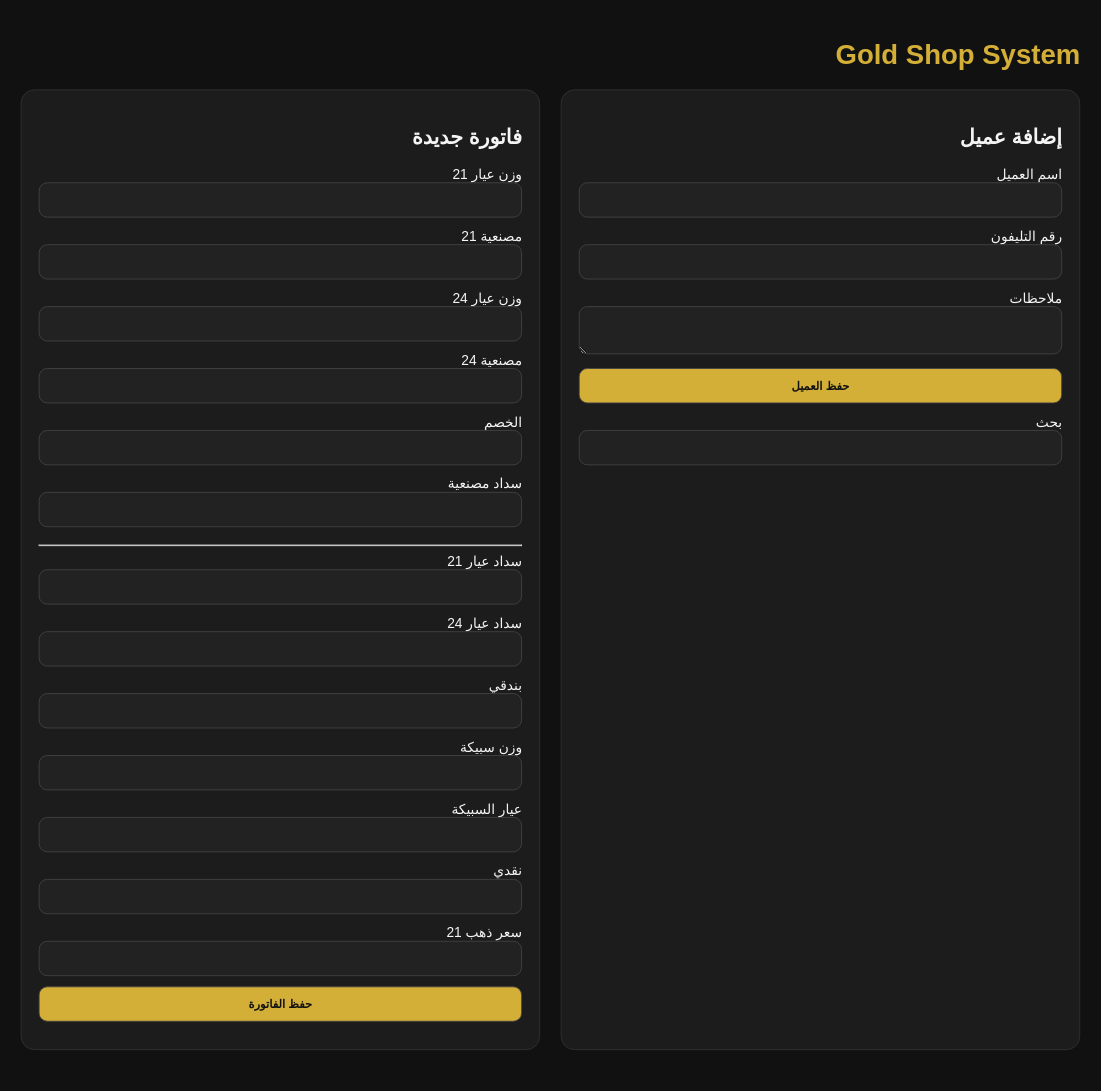
Repository: erineehab27/gold-shop
Page: /
These files come from the project's save history. The page is drawn as it stood at one moment and after a run of saves; the edit follows.
The browser window is 1280 px wide. The pictures show the whole page, at 86% of full size.
The project was rebuilt for these pictures with package versions that can differ from the ones it lists, and the page was loaded fresh each time. Also part of the build but not shown: vite.config.js.

Above is the page before, as saved 2026-05-09 23:33:36.

### index.html
<!doctype html>
<html lang="en">
  <head>
    <meta charset="UTF-8" />
    <link rel="icon" type="image/svg+xml" href="/favicon.svg" />
    <meta name="viewport" content="width=device-width, initial-scale=1.0" />
    <title>gold-shop-system</title>
  </head>
  <body>
    <div id="root"></div>
    <script type="module" src="/src/main.jsx"></script>
  </body>
</html>

### src/main.jsx
import React from "react";
import ReactDOM from "react-dom/client";
import App from "./App.jsx";

ReactDOM.createRoot(document.getElementById("root")).render(
  <React.StrictMode>
    <App />
  </React.StrictMode>
);

### src/App.jsx


// import { useEffect, useState } from "react";
// import "./App.css";

// export default function App() {
//   const [customers, setCustomers] = useState([]);
//   const [selectedCustomer, setSelectedCustomer] = useState(null);
//   const [search, setSearch] = useState("");

//   const [customerForm, setCustomerForm] = useState({
//     name: "",
//     phone: "",
//     notes: "",
//   });

//   const [invoiceForm, setInvoiceForm] = useState({
//     type: "sale",

//     weight21: "",
//     workmanship21: "",

//     weight24: "",
//     workmanship24: "",

//     discount: "",

//     pay21: "",
//     pay24: "",
//     payCash: "",
//     goldPrice21: "",
//     payNugget: "",
//     payBarWeight: "",
//     payBarKarat: "",

//     payWorkmanship: "", // 🔥 سداد المصنعية
//   });

//   const [invoices, setInvoices] = useState([]);

//   useEffect(() => {
//     const savedCustomers = JSON.parse(localStorage.getItem("customers")) || [];
//     const savedInvoices = JSON.parse(localStorage.getItem("invoices")) || [];

//     setCustomers(savedCustomers);
//     setInvoices(savedInvoices);
//   }, []);

//   // 🔥 تقريب لرقمين عشري
//   const fix = (num) => Number(num.toFixed(2));

//   const to21_from24 = (w) => fix(w * (999.9 / 875));
//   const nuggetTo21 = (w) => fix(w * (991 / 875));
//   const barTo21 = (w, k) => fix((w * k) / 875);
//   const cashTo21 = (cash, price) => fix(price ? cash / price : 0);

//   const addCustomer = (e) => {
//     e.preventDefault();

//     if (!customerForm.name) return alert("اكتب اسم العميل");

//     const newCustomer = { id: Date.now(), ...customerForm };

//     const updated = [...customers, newCustomer];
//     setCustomers(updated);
//     localStorage.setItem("customers", JSON.stringify(updated));

//     setCustomerForm({ name: "", phone: "", notes: "" });

//     alert("تم حفظ العميل ✅");
//   };

//   const addInvoice = (e) => {
//     e.preventDefault();

//     if (!selectedCustomer) return alert("اختار عميل");

//     const w21 = Number(invoiceForm.weight21 || 0);
//     const w24 = Number(invoiceForm.weight24 || 0);

//     const eq21_from24 = to21_from24(w24);
//     const totalWeight21 = fix(w21 + eq21_from24);

//     // المصنعيات
//     const workmanshipTotal = fix(
//       Number(invoiceForm.workmanship21 || 0) +
//         Number(invoiceForm.workmanship24 || 0) -
//         Number(invoiceForm.discount || 0)
//     );

//     const payWorkmanship = Number(invoiceForm.payWorkmanship || 0);
//     const remainingWorkmanship = fix(workmanshipTotal - payWorkmanship);

//     // السداد
//     const pay21 = Number(invoiceForm.pay21 || 0);
//     const pay24 = to21_from24(Number(invoiceForm.pay24 || 0));
//     const payNuggetVal = nuggetTo21(Number(invoiceForm.payNugget || 0));
//     const payBarVal = barTo21(
//       Number(invoiceForm.payBarWeight || 0),
//       Number(invoiceForm.payBarKarat || 0)
//     );
//     const payCashVal = cashTo21(
//       Number(invoiceForm.payCash || 0),
//       Number(invoiceForm.goldPrice21 || 0)
//     );

//     const totalPaid21 = fix(
//       pay21 + pay24 + payNuggetVal + payBarVal + payCashVal
//     );

//     const remainingGold = fix(totalWeight21 - totalPaid21);

//     const newInvoice = {
//       id: Date.now(),
//       customer_id: selectedCustomer.id,
//       totalWeight21,
//       workmanshipTotal,
//       totalPaid21,
//       remainingGold,
//       remainingWorkmanship, // 🔥 المتبقي مصنعية
//       date: new Date().toLocaleString(),
//     };

//     const updated = [...invoices, newInvoice];
//     setInvoices(updated);
//     localStorage.setItem("invoices", JSON.stringify(updated));

//     alert("تم حفظ الفاتورة ✅");
//   };

//   const customerInvoices = invoices.filter(
//     (inv) => inv.customer_id === selectedCustomer?.id
//   );

//   const handleSearch = (value) => {
//     setSearch(value);
//     const all = JSON.parse(localStorage.getItem("customers")) || [];

//     if (!value) return setCustomers(all);

//     const filtered = all.filter(
//       (c) =>
//         c.name.includes(value) ||
//         c.phone.includes(value) ||
//         String(c.id).includes(value)
//     );

//     setCustomers(filtered);
//   };

//   return (
//     <div className="app">
//       <h1>Gold Shop System</h1>

//       <div className="grid">
//         <section className="card">
//           <h2>إضافة عميل</h2>

//           <form onSubmit={addCustomer}>
//             <label>اسم العميل</label>
//             <input
//               value={customerForm.name}
//               onChange={(e) =>
//                 setCustomerForm({ ...customerForm, name: e.target.value })
//               }
//             />

//             <label>رقم التليفون</label>
//             <input
//               value={customerForm.phone}
//               onChange={(e) =>
//                 setCustomerForm({ ...customerForm, phone: e.target.value })
//               }
//             />

//             <label>ملاحظات</label>
//             <textarea
//               value={customerForm.notes}
//               onChange={(e) =>
//                 setCustomerForm({ ...customerForm, notes: e.target.value })
//               }
//             />

//             <button>حفظ العميل</button>
//           </form>

//           <label>بحث</label>
//           <input
//             value={search}
//             onChange={(e) => handleSearch(e.target.value)}
//           />

//           <div className="list">
//             {customers.map((c) => (
//               <div
//                 key={c.id}
//                 className="customer"
//                 onClick={() => setSelectedCustomer(c)}
//               >
//                 <strong>#{c.id} - {c.name}</strong>
//                 <span>{c.phone}</span>
//               </div>
//             ))}
//           </div>
//         </section>

//         <section className="card">
//           <h2>فاتورة جديدة</h2>

//           {selectedCustomer && <p>{selectedCustomer.name}</p>}

//           <form onSubmit={addInvoice}>
//             <label>وزن عيار 21</label>
//             <input onChange={(e) =>
//               setInvoiceForm({ ...invoiceForm, weight21: e.target.value })
//             } />

//             <label>مصنعية 21</label>
//             <input onChange={(e) =>
//               setInvoiceForm({ ...invoiceForm, workmanship21: e.target.value })
//             } />

//             <label>وزن عيار 24</label>
//             <input onChange={(e) =>
//               setInvoiceForm({ ...invoiceForm, weight24: e.target.value })
//             } />

//             <label>مصنعية 24</label>
//             <input onChange={(e) =>
//               setInvoiceForm({ ...invoiceForm, workmanship24: e.target.value })
//             } />

//             <label>الخصم</label>
//             <input onChange={(e) =>
//               setInvoiceForm({ ...invoiceForm, discount: e.target.value })
//             } />

//             <label>سداد مصنعية</label>
//             <input onChange={(e) =>
//               setInvoiceForm({ ...invoiceForm, payWorkmanship: e.target.value })
//             } />

//             <hr />

//             <label>سداد عيار 21</label>
//             <input onChange={(e) =>
//               setInvoiceForm({ ...invoiceForm, pay21: e.target.value })
//             } />

//             <label>سداد عيار 24</label>
//             <input onChange={(e) =>
//               setInvoiceForm({ ...invoiceForm, pay24: e.target.value })
//             } />

//             <label>بندقي</label>
//             <input onChange={(e) =>
//               setInvoiceForm({ ...invoiceForm, payNugget: e.target.value })
//             } />

//             <label>وزن سبيكة</label>
//             <input onChange={(e) =>
//               setInvoiceForm({ ...invoiceForm, payBarWeight: e.target.value })
//             } />

//             <label>عيار السبيكة</label>
//             <input onChange={(e) =>
//               setInvoiceForm({ ...invoiceForm, payBarKarat: e.target.value })
//             } />

//             <label>نقدي</label>
//             <input onChange={(e) =>
//               setInvoiceForm({ ...invoiceForm, payCash: e.target.value })
//             } />

//             <label>سعر ذهب 21</label>
//             <input onChange={(e) =>
//               setInvoiceForm({ ...invoiceForm, goldPrice21: e.target.value })
//             } />

//             <button>حفظ الفاتورة</button>
//           </form>
//         </section>
//       </div>

//       <section className="card">
//         <h2>كشف الحساب</h2>

//         {selectedCustomer && (
//           <table>
//             <thead>
//               <tr>
//                 <th>إجمالي 21</th>
//                 <th>مصنعية</th>
//                 <th>المتبقي مصنعية</th>
//                 <th>مدفوع 21</th>
//                 <th>المتبقي</th>
//                 <th>تاريخ</th>
//               </tr>
//             </thead>

//             <tbody>
//               {customerInvoices.map((inv) => (
//                 <tr key={inv.id}>
//                   <td>{inv.totalWeight21}</td>
//                   <td>{inv.workmanshipTotal}</td>
//                   <td>{inv.remainingWorkmanship}</td>
//                   <td>{inv.totalPaid21}</td>
//                   <td>{inv.remainingGold}</td>
//                   <td>{inv.date}</td>
//                 </tr>
//               ))}
//             </tbody>
//           </table>
//         )}
//       </section>
//     </div>
//   );
// }










import { useEffect, useState } from "react";
import "./App.css";

export default function App() {
  const [customers, setCustomers] = useState([]);
  const [selectedCustomer, setSelectedCustomer] = useState(null);
  const [search, setSearch] = useState("");

  const [customerForm, setCustomerForm] = useState({
    name: "",
    phone: "",
    notes: "",
  });

  const [invoiceForm, setInvoiceForm] = useState({
    type: "sale",

    weight21: "",
    workmanship21: "",

    weight24: "",
    workmanship24: "",

    discount: "",

    pay21: "",
    pay24: "",
    payCash: "",
    goldPrice21: "",
    payNugget: "",
    payBarWeight: "",
    payBarKarat: "",

    payWorkmanship: "", // 🔥 سداد المصنعية
  });

  const [invoices, setInvoices] = useState([]);

  useEffect(() => {
    const savedCustomers = JSON.parse(localStorage.getItem("customers")) || [];
    const savedInvoices = JSON.parse(localStorage.getItem("invoices")) || [];

    setCustomers(savedCustomers);
    setInvoices(savedInvoices);
  }, []);

  // 🔥 تقريب لرقمين عشري
  const fix = (num) => Number(num.toFixed(2));

  const to21_from24 = (w) => fix(w * (999.9 / 875));
  const nuggetTo21 = (w) => fix(w * (991 / 875));
  const barTo21 = (w, k) => fix((w * k) / 875);
  const cashTo21 = (cash, price) => fix(price ? cash / price : 0);

  const addCustomer = (e) => {
    e.preventDefault();

    if (!customerForm.name) return alert("اكتب اسم العميل");

    const newCustomer = { id: Date.now(), ...customerForm };

    const updated = [...customers, newCustomer];
    setCustomers(updated);
    localStorage.setItem("customers", JSON.stringify(updated));

    setCustomerForm({ name: "", phone: "", notes: "" });

    alert("تم حفظ العميل ✅");
  };

  const addInvoice = (e) => {
    e.preventDefault();

    if (!selectedCustomer) return alert("اختار عميل");

    const w21 = Number(invoiceForm.weight21 || 0);
    const w24 = Number(invoiceForm.weight24 || 0);

    const eq21_from24 = to21_from24(w24);
    const totalWeight21 = fix(w21 + eq21_from24);

    // المصنعيات
    const workmanshipTotal = fix(
      Number(invoiceForm.workmanship21 || 0) +
        Number(invoiceForm.workmanship24 || 0) -
        Number(invoiceForm.discount || 0)
    );

    const payWorkmanship = Number(invoiceForm.payWorkmanship || 0);
    const remainingWorkmanship = fix(workmanshipTotal - payWorkmanship);

    // السداد
    const pay21 = Number(invoiceForm.pay21 || 0);
    const pay24 = to21_from24(Number(invoiceForm.pay24 || 0));
    const payNuggetVal = nuggetTo21(Number(invoiceForm.payNugget || 0));
    const payBarVal = barTo21(
      Number(invoiceForm.payBarWeight || 0),
      Number(invoiceForm.payBarKarat || 0)
    );
    const payCashVal = cashTo21(
      Number(invoiceForm.payCash || 0),
      Number(invoiceForm.goldPrice21 || 0)
    );

    const totalPaid21 = fix(
      pay21 + pay24 + payNuggetVal + payBarVal + payCashVal
    );

    const remainingGold = fix(totalWeight21 - totalPaid21);

    const newInvoice = {
      id: Date.now(),
      customer_id: selectedCustomer.id,
      totalWeight21,
      workmanshipTotal,
      totalPaid21,
      remainingGold,
      remainingWorkmanship, // 🔥 المتبقي مصنعية
      date: new Date().toLocaleString(),
    };

    const updated = [...invoices, newInvoice];
    setInvoices(updated);
    localStorage.setItem("invoices", JSON.stringify(updated));

    alert("تم حفظ الفاتورة ✅");
  };

  const customerInvoices = invoices.filter(
    (inv) => inv.customer_id === selectedCustomer?.id
  );

  const handleSearch = (value) => {
    setSearch(value);
    const all = JSON.parse(localStorage.getItem("customers")) || [];

    if (!value) return setCustomers(all);

    const filtered = all.filter(
      (c) =>
        c.name.includes(value) ||
        c.phone.includes(value) ||
        String(c.id).includes(value)
    );

    setCustomers(filtered);
  };

  return (
    <div className="app">
      <h1>Gold Shop System</h1>

      <div className="grid">
        <section className="card">
          <h2>إضافة عميل</h2>

          <form onSubmit={addCustomer}>
            <label>اسم العميل</label>
            <input
              value={customerForm.name}
              onChange={(e) =>
                setCustomerForm({ ...customerForm, name: e.target.value })
              }
            />

            <label>رقم التليفون</label>
            <input
              value={customerForm.phone}
              onChange={(e) =>
                setCustomerForm({ ...customerForm, phone: e.target.value })
              }
            />

            <label>ملاحظات</label>
            <textarea
              value={customerForm.notes}
              onChange={(e) =>
                setCustomerForm({ ...customerForm, notes: e.target.value })
              }
            />

            <button>حفظ العميل</button>
          </form>

          <label>بحث</label>
          <input
            value={search}
            onChange={(e) => handleSearch(e.target.value)}
          />

          <div className="list">
            {customers.map((c) => (
              <div
                key={c.id}
                className="customer"
                onClick={() => setSelectedCustomer(c)}
              >
                <strong>#{c.id} - {c.name}</strong>
                <span>{c.phone}</span>
              </div>
            ))}
          </div>
        </section>

        <section className="card">
          <h2>فاتورة جديدة</h2>

          {selectedCustomer && <p>{selectedCustomer.name}</p>}

          <form onSubmit={addInvoice}>
            <label>وزن عيار 21</label>
            <input onChange={(e) =>
              setInvoiceForm({ ...invoiceForm, weight21: e.target.value })
            } />

            <label>مصنعية 21</label>
            <input onChange={(e) =>
              setInvoiceForm({ ...invoiceForm, workmanship21: e.target.value })
            } />

            <label>وزن عيار 24</label>
            <input onChange={(e) =>
              setInvoiceForm({ ...invoiceForm, weight24: e.target.value })
            } />

            <label>مصنعية 24</label>
            <input onChange={(e) =>
              setInvoiceForm({ ...invoiceForm, workmanship24: e.target.value })
            } />

            <label>الخصم</label>
            <input onChange={(e) =>
              setInvoiceForm({ ...invoiceForm, discount: e.target.value })
            } />

            <label>سداد مصنعية</label>
            <input onChange={(e) =>
              setInvoiceForm({ ...invoiceForm, payWorkmanship: e.target.value })
            } />

            <hr />

            <label>سداد عيار 21</label>
            <input onChange={(e) =>
              setInvoiceForm({ ...invoiceForm, pay21: e.target.value })
            } />

            <label>سداد عيار 24</label>
            <input onChange={(e) =>
              setInvoiceForm({ ...invoiceForm, pay24: e.target.value })
            } />

            <label>بندقي</label>
            <input onChange={(e) =>
              setInvoiceForm({ ...invoiceForm, payNugget: e.target.value })
            } />

            <label>وزن سبيكة</label>
            <input onChange={(e) =>
              setInvoiceForm({ ...invoiceForm, payBarWeight: e.target.value })
            } />

            <label>عيار السبيكة</label>
            <input onChange={(e) =>
              setInvoiceForm({ ...invoiceForm, payBarKarat: e.target.value })
            } />

            <label>نقدي</label>
            <input onChange={(e) =>
              setInvoiceForm({ ...invoiceForm, payCash: e.target.value })
            } />

            <label>سعر ذهب 21</label>
            <input onChange={(e) =>
              setInvoiceForm({ ...invoiceForm, goldPrice21: e.target.value })
            } />

            <button>حفظ الفاتورة</button>
          </form>
        </section>
      </div>


    </div>
  );
}

### src/App.css
body {
  margin: 0;
  font-family: Arial, sans-serif;
  background: #111;
  color: #f5f5f5;
  direction: rtl;
}

.app {
  padding: 24px;
}

h1 {
  color: #d4af37;
}

.grid {
  display: grid;
  grid-template-columns: 1fr 1fr;
  gap: 24px;
}

.card {
  background: #1c1c1c;
  border: 1px solid #333;
  border-radius: 16px;
  padding: 20px;
  margin-bottom: 24px;
}

input,
textarea,
select,
button {
  width: 100%;
  padding: 12px;
  margin-bottom: 12px;
  border-radius: 10px;
  border: 1px solid #444;
  box-sizing: border-box;
}

input,
textarea,
select {
  background: #222;
  color: white;
}

button {
  background: #d4af37;
  color: #111;
  font-weight: bold;
  cursor: pointer;
}

.customer {
  padding: 12px;
  background: #222;
  margin-bottom: 8px;
  border-radius: 10px;
  cursor: pointer;
}

.customer:hover {
  background: #333;
}

.customer span {
  display: block;
  color: #aaa;
  margin-top: 4px;
}

table {
  width: 100%;
  border-collapse: collapse;
  margin-top: 16px;
}

th,
td {
  border: 1px solid #333;
  padding: 10px;
  text-align: center;
}

th {
  background: #222;
  color: #d4af37;
}

.debt {
  color: #ff6b6b;
}

.credit {
  color: #4ade80;
}

After the next 2 saves:
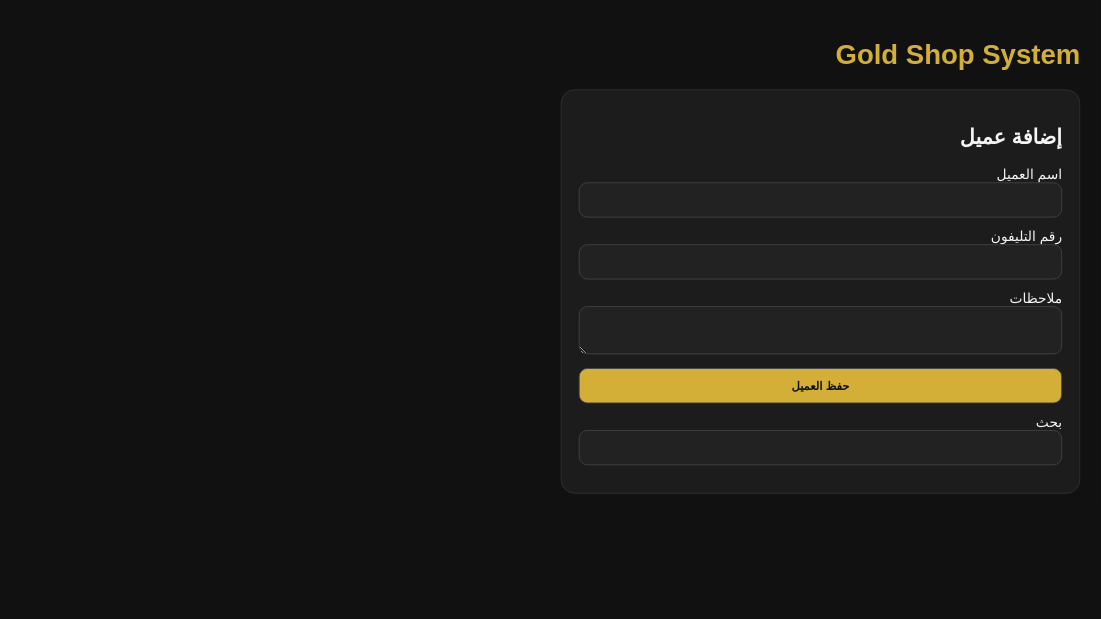
The 2 saves are shown as one change because they came seconds apart.
The last was saved 31 s later.
--- a/src/App.jsx
+++ b/src/App.jsx
@@ -530,82 +530,7 @@ export default function App() {
           </div>
         </section>
 
-        <section className="card">
-          <h2>فاتورة جديدة</h2>
-
-          {selectedCustomer && <p>{selectedCustomer.name}</p>}
-
-          <form onSubmit={addInvoice}>
-            <label>وزن عيار 21</label>
-            <input onChange={(e) =>
-              setInvoiceForm({ ...invoiceForm, weight21: e.target.value })
-            } />
-
-            <label>مصنعية 21</label>
-            <input onChange={(e) =>
-              setInvoiceForm({ ...invoiceForm, workmanship21: e.target.value })
-            } />
-
-            <label>وزن عيار 24</label>
-            <input onChange={(e) =>
-              setInvoiceForm({ ...invoiceForm, weight24: e.target.value })
-            } />
-
-            <label>مصنعية 24</label>
-            <input onChange={(e) =>
-              setInvoiceForm({ ...invoiceForm, workmanship24: e.target.value })
-            } />
-
-            <label>الخصم</label>
-            <input onChange={(e) =>
-              setInvoiceForm({ ...invoiceForm, discount: e.target.value })
-            } />
-
-            <label>سداد مصنعية</label>
-            <input onChange={(e) =>
-              setInvoiceForm({ ...invoiceForm, payWorkmanship: e.target.value })
-            } />
-
-            <hr />
-
-            <label>سداد عيار 21</label>
-            <input onChange={(e) =>
-              setInvoiceForm({ ...invoiceForm, pay21: e.target.value })
-            } />
-
-            <label>سداد عيار 24</label>
-            <input onChange={(e) =>
-              setInvoiceForm({ ...invoiceForm, pay24: e.target.value })
-            } />
-
-            <label>بندقي</label>
-            <input onChange={(e) =>
-              setInvoiceForm({ ...invoiceForm, payNugget: e.target.value })
-            } />
-
-            <label>وزن سبيكة</label>
-            <input onChange={(e) =>
-              setInvoiceForm({ ...invoiceForm, payBarWeight: e.target.value })
-            } />
-
-            <label>عيار السبيكة</label>
-            <input onChange={(e) =>
-              setInvoiceForm({ ...invoiceForm, payBarKarat: e.target.value })
-            } />
-
-            <label>نقدي</label>
-            <input onChange={(e) =>
-              setInvoiceForm({ ...invoiceForm, payCash: e.target.value })
-            } />
-
-            <label>سعر ذهب 21</label>
-            <input onChange={(e) =>
-              setInvoiceForm({ ...invoiceForm, goldPrice21: e.target.value })
-            } />
-
-            <button>حفظ الفاتورة</button>
-          </form>
-        </section>
+
       </div>
 
 
